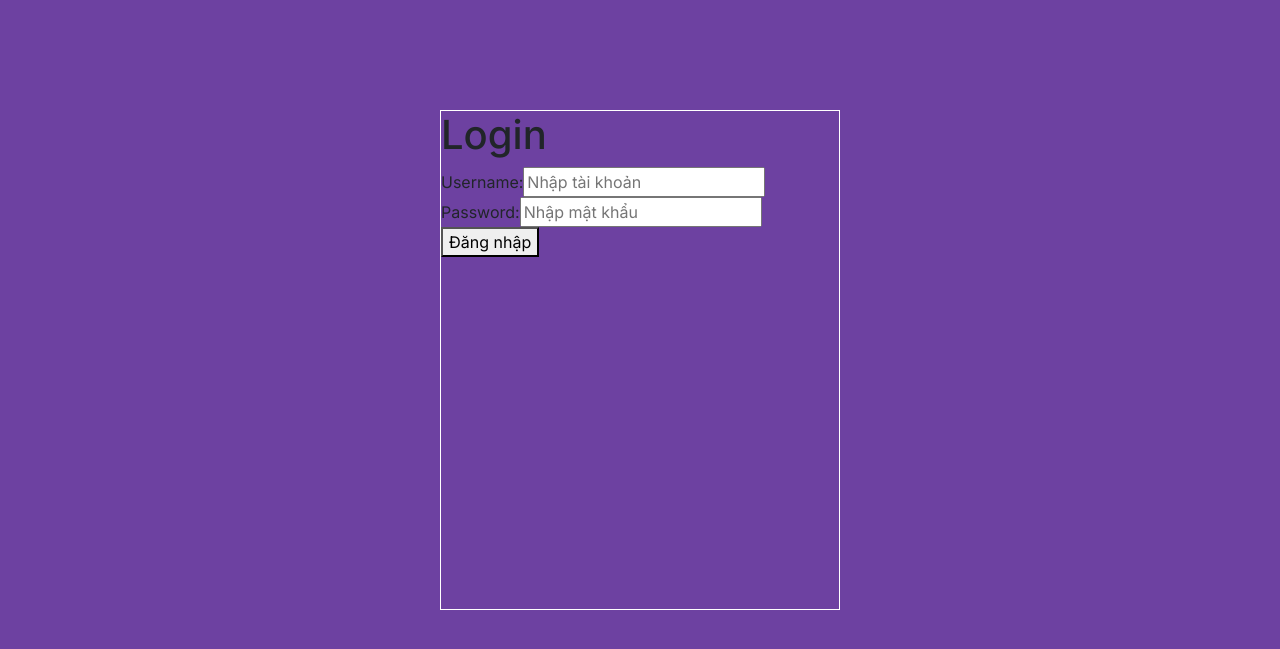
Repository: nghiakma/RFID-RFID-Attendance-System-using-ESP32-Nodejs-Reactjs-Nextjs-
Page: / (app in attendance/)
An editor plug-in stored every save of this project. The page is shown before and after the next save, followed by the edit.
The browser window is 1280 px wide. The pictures show the whole page.
The page's requests for data from a server got no answer. The project was rebuilt for these pictures with package versions that can differ from the ones it lists, and the page was loaded fresh each time. The framework's server and built-in components were replaced by stand-ins that run in the browser. No one was signed in, and anything a server would have sent is missing. Also part of the build but not shown: attendance/next.config.js, attendance/src/styles/home-page.module.css, attendance/src/styles/tab-home.module.css, attendance/src/pages/api/convert-time.js, attendance/src/pages/api/networking.js, attendance/src/pages/tab-home.js, attendance/src/styles/tab-history.module.css, attendance/src/pages/tab-history.js and 6 more.

Above is the page before, as saved 2023-12-21 14:50:04.

After the next save:
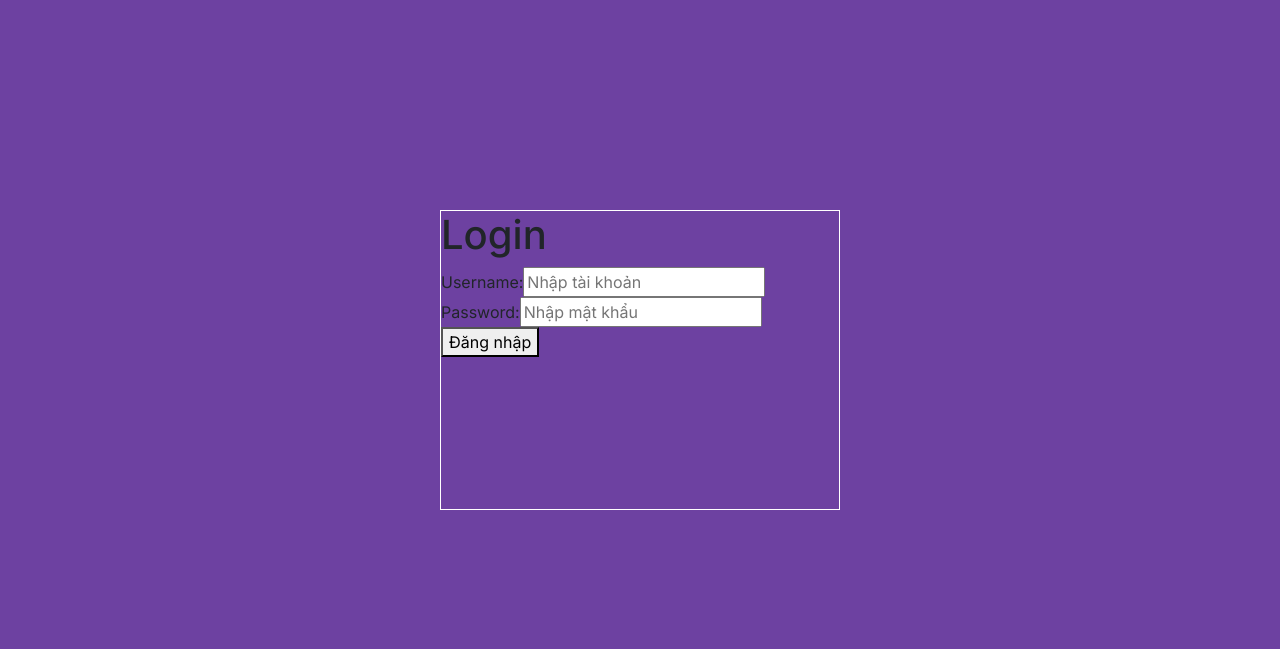
Saved 12 s later.
--- a/attendance/src/pages/login-page.js
+++ b/attendance/src/pages/login-page.js
@@ -14,7 +14,7 @@ const Login = () => {
                 display: 'flex', alignItems: 'center', justifyContent: 'center'
             }}>
                 <div style={{
-                    width: '400px', height: '500px', border: '1px solid white',
+                    width: '400px', height: '300px', border: '1px solid white',
                     padđing: '8px 14px'
                 }}>
                     <h1 className="login-title">Login</h1>
